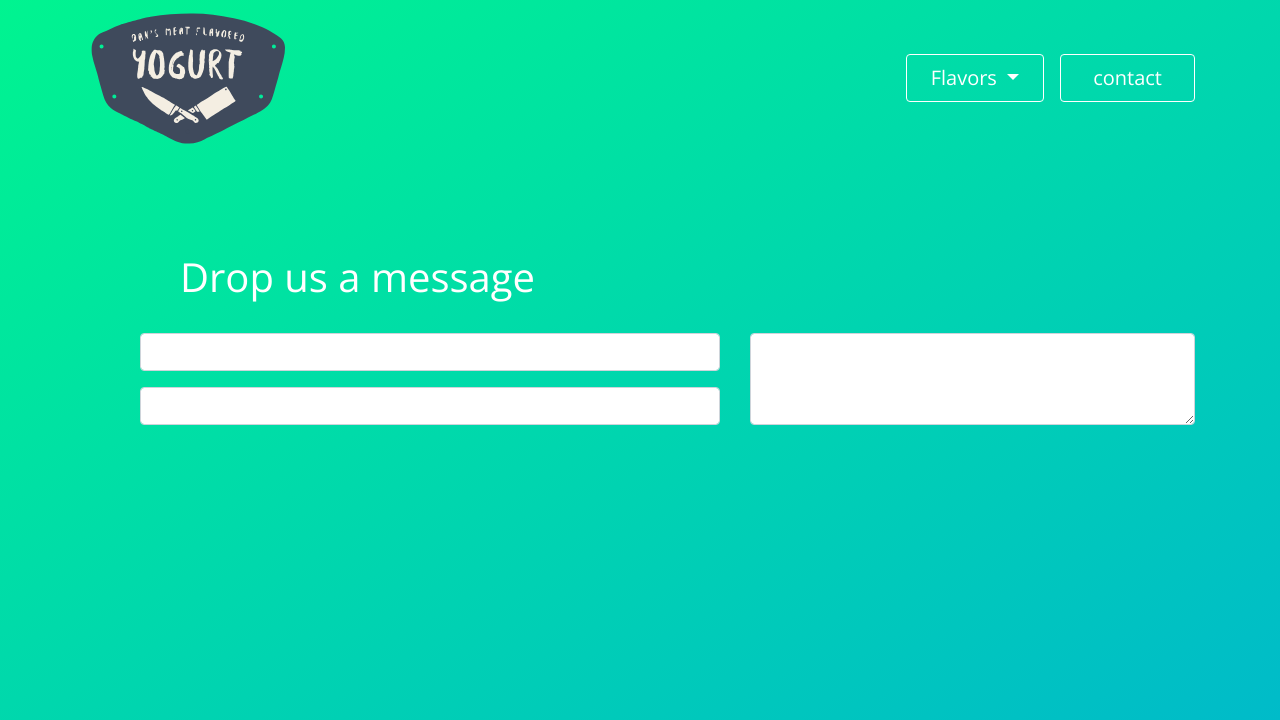
Repository: hoangnam180/Huyen
Page: Form.html
These files come from the project's save history. The page is drawn as it stood at one moment and after the next save; the edit follows.
The browser window is 1280 px wide. The pictures show the whole page.

Above is the page before, as saved 2021-12-03 18:54:42.
Not found: space.scss

After the next save:
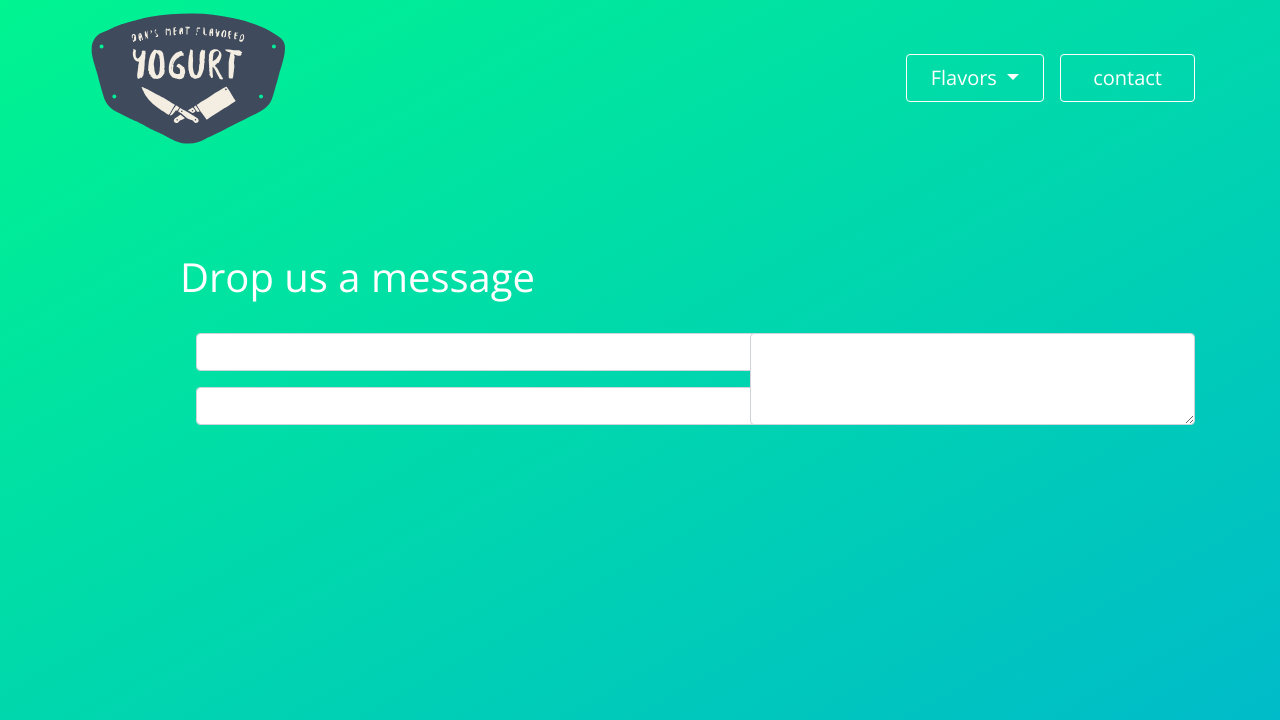
Saved 7 s later.
--- a/Form.html
+++ b/Form.html
@@ -59,10 +59,10 @@
         <div class="row mt-4">
             <div class="col">
                 <div class="row flex-column">
-                    <div class="col-11 offset-1">
+                    <div class="col-11 offset-2">
                         <input 5 type="email" class="form-control" id="exampleInputEmail1">
                     </div>
-                    <div class="col-11 offset-1">
+                    <div class="col-11 offset-2">
                         <input type="text" id="" class="form-control mt-3" placeholder="">
                     </div>
                 </div>
